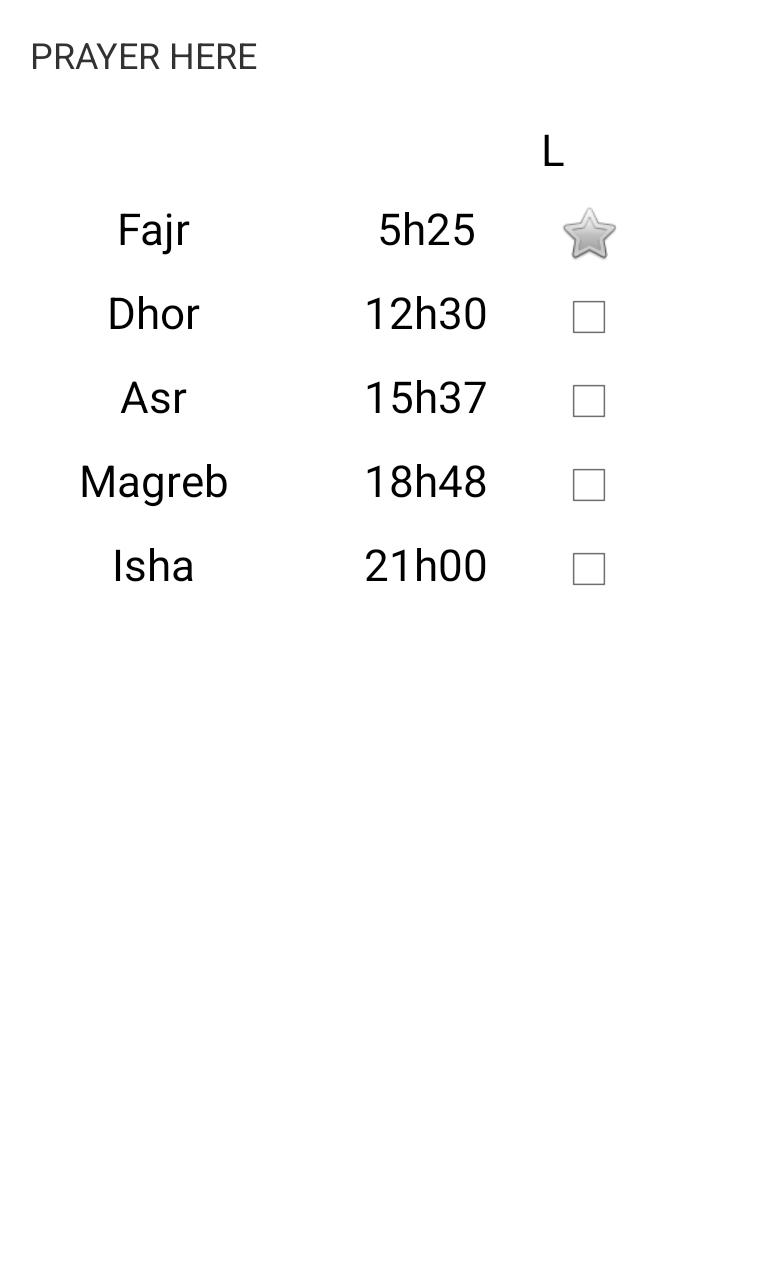
Repository: Osamah/Afstudeerwerk
Layout: NativeApp/SecondPillar/res/layout/activity_prayer.xml
These files come from the project's save history. The layout is drawn as it stood at one moment and after the next save; the edit follows.
It is drawn on a 768 x 1280 px phone screen (xhdpi) without system bars, with theme AppTheme; the app's code is not run.

Above is the layout before, as saved 2012-12-29 19:41:37.

### NativeApp/SecondPillar/res/layout/activity_prayer.xml
<?xml version="1.0" encoding="utf-8"?>
<LinearLayout
  xmlns:android="http://schemas.android.com/apk/res/android"
  android:orientation="vertical"
  android:layout_width="match_parent"
  android:layout_height="match_parent">

  <!-- Screen Design -->
  <TextView android:text="PRAYER HERE"
            android:padding="15dip"
            android:textSize="18dip"
            android:layout_width="fill_parent"
            android:layout_height="wrap_content"/>



  <TableLayout xmlns:android="http://schemas.android.com/apk/res/android"
    android:id="@+id/tblPrayer"
    android:layout_width="fill_parent"
    android:layout_height="fill_parent" >

  <!-- HEADER -->
 	<TableRow
        android:id="@+id/headerRow"
        android:layout_width="fill_parent"
        android:layout_height="wrap_content"
        android:padding="5dip" >

      <!--    <TextView
            android:id="@+id/headerCol1"
            android:text="@string/headerCol1"
            android:layout_weight="1"
            android:gravity="center"
            android:textAppearance="?android:attr/textAppearanceLarge" />

        <TextView
            android:id="@+id/headerCol2"
            android:text="@string/headerCol2"
            android:layout_weight="1"
            android:gravity="center"
            android:textAppearance="?android:attr/textAppearanceLarge" />-->

     	<TextView
            android:id="@+id/headerCol3"
            android:text="@string/headerCol3"
            android:layout_weight="1"
            android:gravity="center"
            android:textAppearance="?android:attr/textAppearanceLarge"
            android:layout_column="3"/>

  	</TableRow>

 	<!-- PRAYER 1 -->
    <TableRow
        android:id="@+id/fjarRow"
        android:layout_width="wrap_content"
        android:layout_height="wrap_content"
        android:padding="5dip" >

        <TextView
            android:id="@+id/prayer1"
            android:text="@string/prayer1"
            android:textAppearance="?android:attr/textAppearanceLarge"
            android:layout_weight="1"
            android:gravity="center"
            />

        <TextView
            android:id="@+id/prayerTime1"
            android:text="@string/prayerTime1"
            android:textAppearance="?android:attr/textAppearanceLarge"
            android:layout_weight="1"
            android:gravity="center"/>

        <CheckBox
            android:id="@+id/prayerNotification1"
            android:layout_weight="1"
            android:gravity="center"
            android:button="@android:drawable/btn_star"
        />
  	</TableRow>

    <!-- PRAYER 2 -->
    <TableRow
        android:id="@+id/dhorRow"
        android:layout_width="wrap_content"
        android:layout_height="wrap_content"
        android:padding="5dip" >

       <TextView
            android:id="@+id/prayer2"
            android:text="@string/prayer2"
            android:textAppearance="?android:attr/textAppearanceLarge"
            android:layout_weight="1"
            android:gravity="center"
            />

        <TextView
            android:id="@+id/prayerTime2"
            android:text="@string/prayerTime2"
            android:textAppearance="?android:attr/textAppearanceLarge"
            android:layout_weight="1"
            android:gravity="center"
            />

        <CheckBox
            android:id="@+id/prayerNotification2"
            android:layout_weight="1"
            android:gravity="center"
        />
  	</TableRow>

    <!-- PRAYER 3 -->
    <TableRow
        android:id="@+id/rhasrRow"
        android:layout_width="wrap_content"
        android:layout_height="wrap_content"
        android:padding="5dip" >

       <TextView
            android:id="@+id/prayer3"
            android:text="@string/prayer3"
            android:textAppearance="?android:attr/textAppearanceLarge"
            android:layout_weight="1"
            android:gravity="center"
            />

        <TextView
            android:id="@+id/prayerTime3"
            android:text="@string/prayerTime3"
            android:textAppearance="?android:attr/textAppearanceLarge"
            android:layout_weight="1"
            android:gravity="center"
            />

        <CheckBox
            android:id="@+id/prayerNotification3"
            android:layout_weight="1"
            android:gravity="center"
        />
  	</TableRow>

    <!-- PRAYER 4 -->
    <TableRow
        android:id="@+id/magrebRow"
        android:layout_width="wrap_content"
        android:layout_height="wrap_content"
        android:padding="5dip" >

        <TextView
            android:id="@+id/prayer4"
            android:text="@string/prayer4"
            android:textAppearance="?android:attr/textAppearanceLarge"
            android:layout_weight="1"
            android:gravity="center"
            />

        <TextView
            android:id="@+id/prayerTime4"
            android:text="@string/prayerTime4"
            android:textAppearance="?android:attr/textAppearanceLarge"
            android:layout_weight="1"
            android:gravity="center"
            />

        <CheckBox
            android:id="@+id/prayerNotification4"
            android:layout_weight="1"
            android:gravity="center"
        />
  	</TableRow>


    <!-- PRAYER 5 -->
    <TableRow
        android:id="@+id/lahsaRow"
        android:layout_width="wrap_content"
        android:layout_height="wrap_content"
        android:padding="5dip" >

  		 <TextView
            android:id="@+id/prayer5"
            android:text="@string/prayer5"
            android:textAppearance="?android:attr/textAppearanceLarge"
            android:layout_weight="1"
            android:gravity="center"
            />

        <TextView
            android:id="@+id/prayerTime5"
            android:text="@string/prayerTime5"
            android:layout_weight="1"
            android:gravity="center"
            android:textAppearance="?android:attr/textAppearanceLarge"
            />

        <CheckBox
            android:id="@+id/prayerNotification5"
            android:layout_weight="1"
            android:gravity="center"
        />
  	</TableRow>
    </TableLayout>


</LinearLayout>

### NativeApp/SecondPillar/res/values/strings.xml
<?xml version="1.0" encoding="utf-8"?>
<resources>

    <string name="app_name">Second Pillar</string>

    <!-- Menu -->
    <string name="menu_search">Search</string>

    <!-- Option Menu -->
	<string name="option_settings">Settings</string>
	<string name="option_about">About</string>

	<!-- Settings -->
	<string name="notifications">Notifications</string>

	<string name="prayingWhere">Where to pray?</string>
	<string name="prayHome">Home</string>
	<string name="prayMosque">Mosque</string>


	<string name="NotificationsPraying">When to pray?</string>
	<string name="inAdvance">In advance</string>
	<string name="onTime">On time</string>


    <!-- Prayer -->
    <string name="headerCol1">Prayer</string>
    <string name="headerCol2">Time</string>
    <string name="headerCol3">L</string>

    <string name="prayer1">Fajr</string>
    <string name="prayer2">Dhor</string>
    <string name="prayer3">Asr</string>
    <string name="prayer4">Magreb</string>
    <string name="prayer5">Isha</string>

    <string name="prayerTime1">5h25</string>
    <string name="prayerTime2">12h30</string>
    <string name="prayerTime3">15h37</string>
    <string name="prayerTime4">18h48</string>
    <string name="prayerTime5">21h00</string>

</resources>

Loaded but not shown: NativeApp/SecondPillar/res/values/styles.xml (common file); NativeApp/SecondPillar/res/values-v11/styles.xml (common file); NativeApp/SecondPillar/res/values-v14/styles.xml (common file)

After the next save:
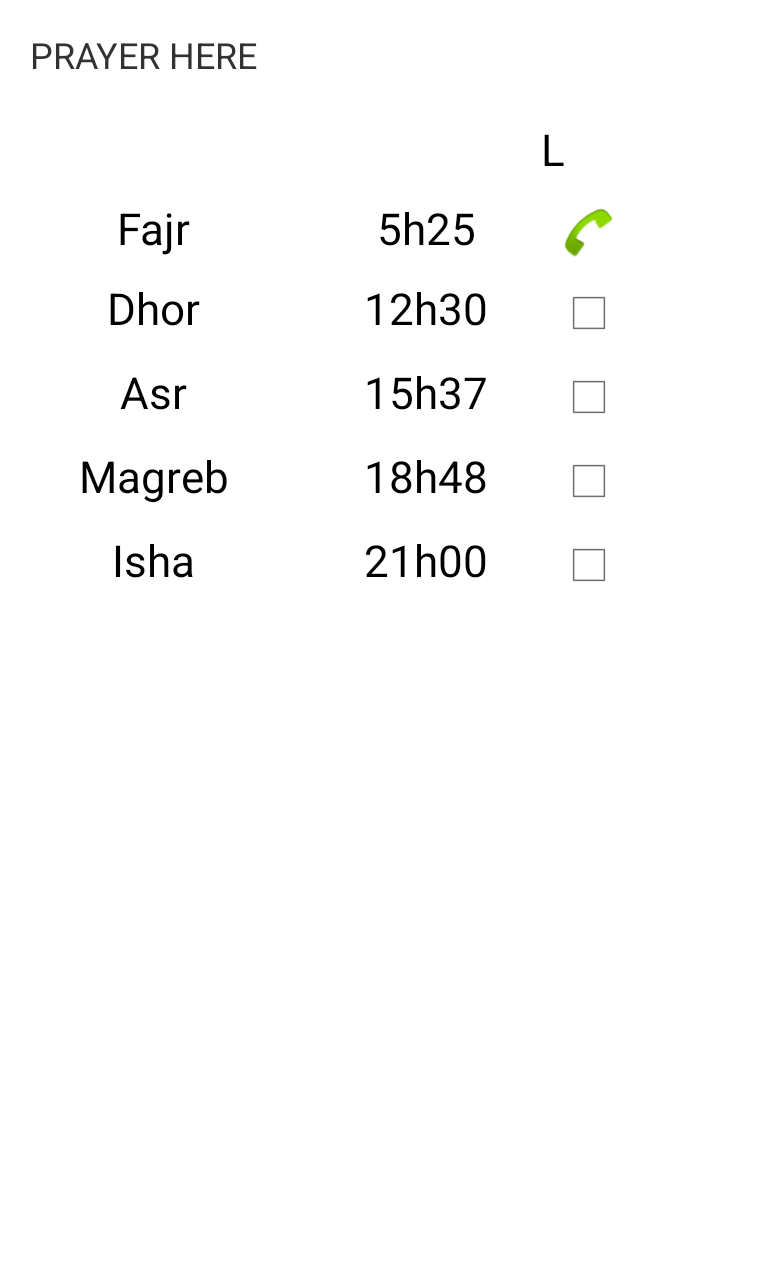
Saved 2 min 44 s later.
--- a/NativeApp/SecondPillar/res/layout/activity_prayer.xml
+++ b/NativeApp/SecondPillar/res/layout/activity_prayer.xml
@@ -76,7 +76,7 @@
             android:id="@+id/prayerNotification1"
             android:layout_weight="1"
             android:gravity="center"
-            android:button="@android:drawable/btn_star"
+            android:button="@android:drawable/sym_action_call"
         />
   	</TableRow>
 
